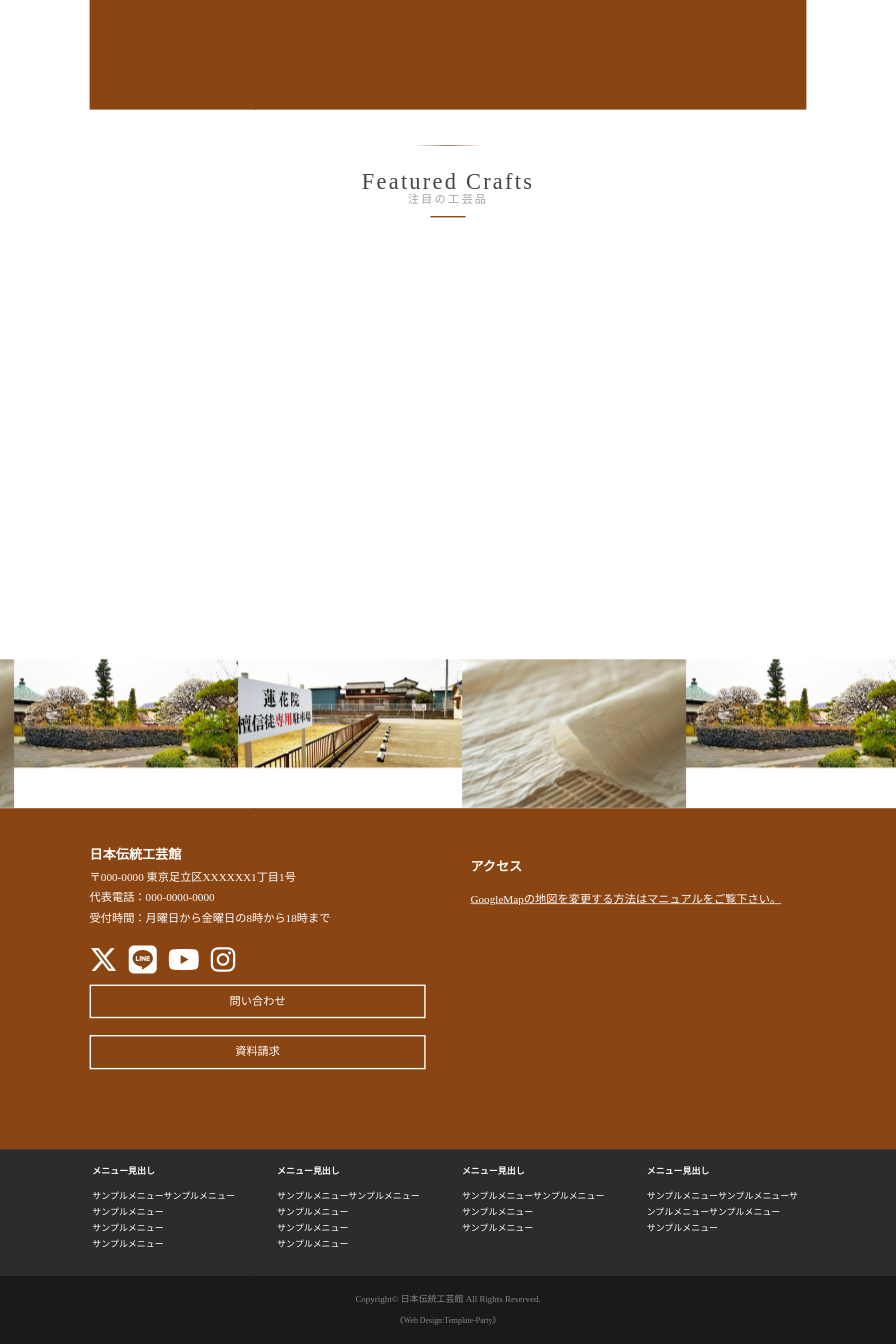
Repository: owl-onoueip/rengein-website
Page: index_en.html
The author's editor kept a copy of each file at every save. The page is drawn from the files as they stood at one save, then again after the next save.
The browser window is 1280 px wide. The pictures show the part of the page from y = 2642 to 4562 px (the page is 4562 px tall), at 70% of full size.
Pictures or frames that could not be fetched are drawn as grey boxes. Some web fonts or font styles are not loaded; a fallback is used.

Above is the page before, as saved 2025-03-09 15:35:56.

After the next save:
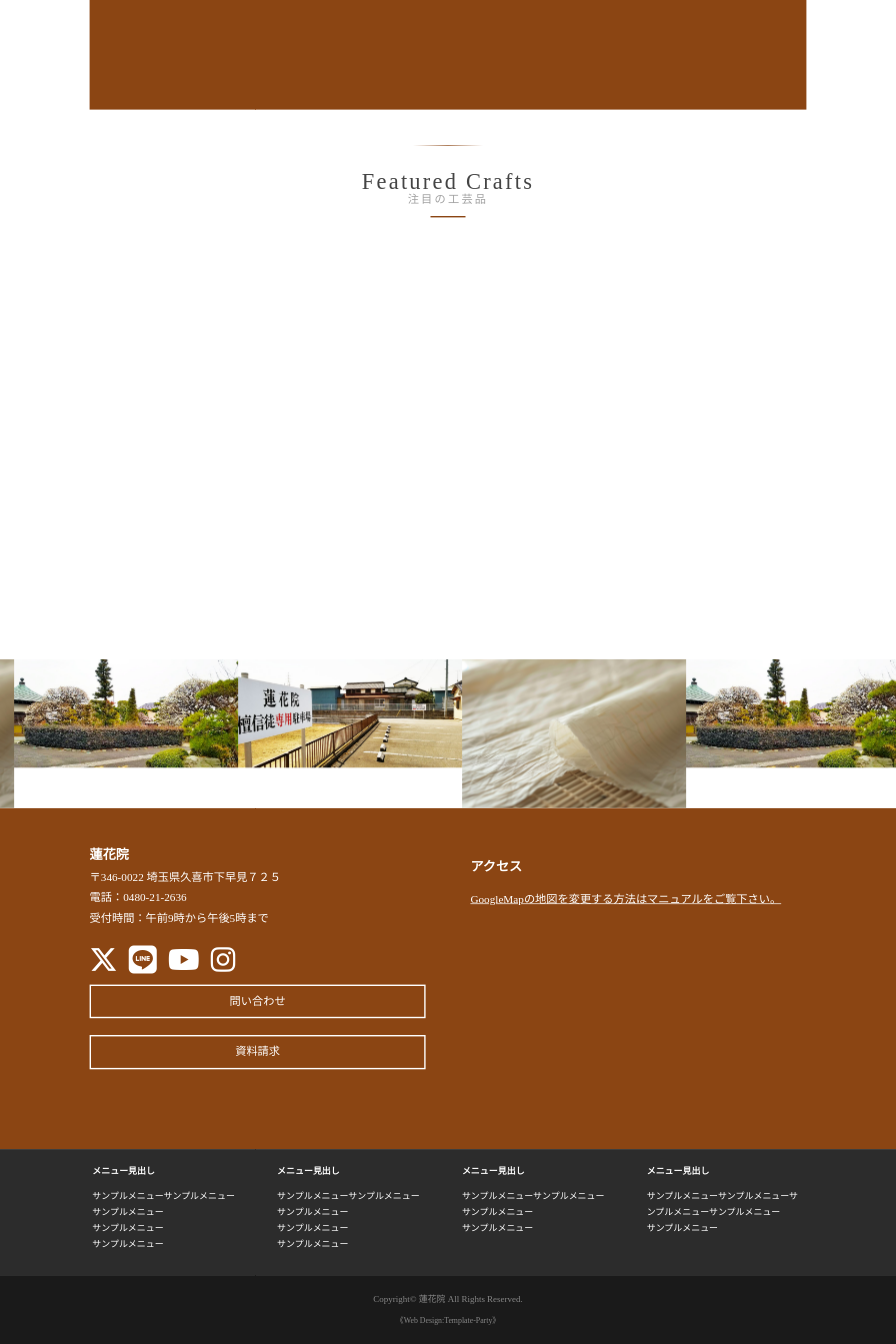
Saved 5 min 2 s later.
--- a/index_en.html
+++ b/index_en.html
@@ -158,10 +158,10 @@
 
 		<div class="left">
 
-			<h3>日本伝統工芸館</h3>
-			<p>〒000-0000 東京足立区XXXXXX1丁目1号<br>
-				代表電話：000-0000-0000<br>
-				受付時間：月曜日から金曜日の8時から18時まで</p>
+			<h3>蓮花院</h3>
+			<p>〒346-0022 埼玉県久喜市下早見７２５<br>
+				電話：0480-21-2636<br>
+				受付時間：午前9時から午後5時まで</p>
 
 			<ul class="icons">
 				<li><a href="#"><i class="fa-brands fa-x-twitter"></i></a></li>
@@ -222,7 +222,7 @@
 	<!--/#footermenu-->
 
 	<footer>
-		<small>Copyright&copy; <a href="index.html">日本伝統工芸館</a> All Rights Reserved.</small>
+		<small>Copyright&copy; <a href="index.html">蓮花院</a> All Rights Reserved.</small>
 		<span class="pr"><a href="https://template-party.com/" target="_blank">《Web Design:Template-Party》</a></span>
 	</footer>
 
